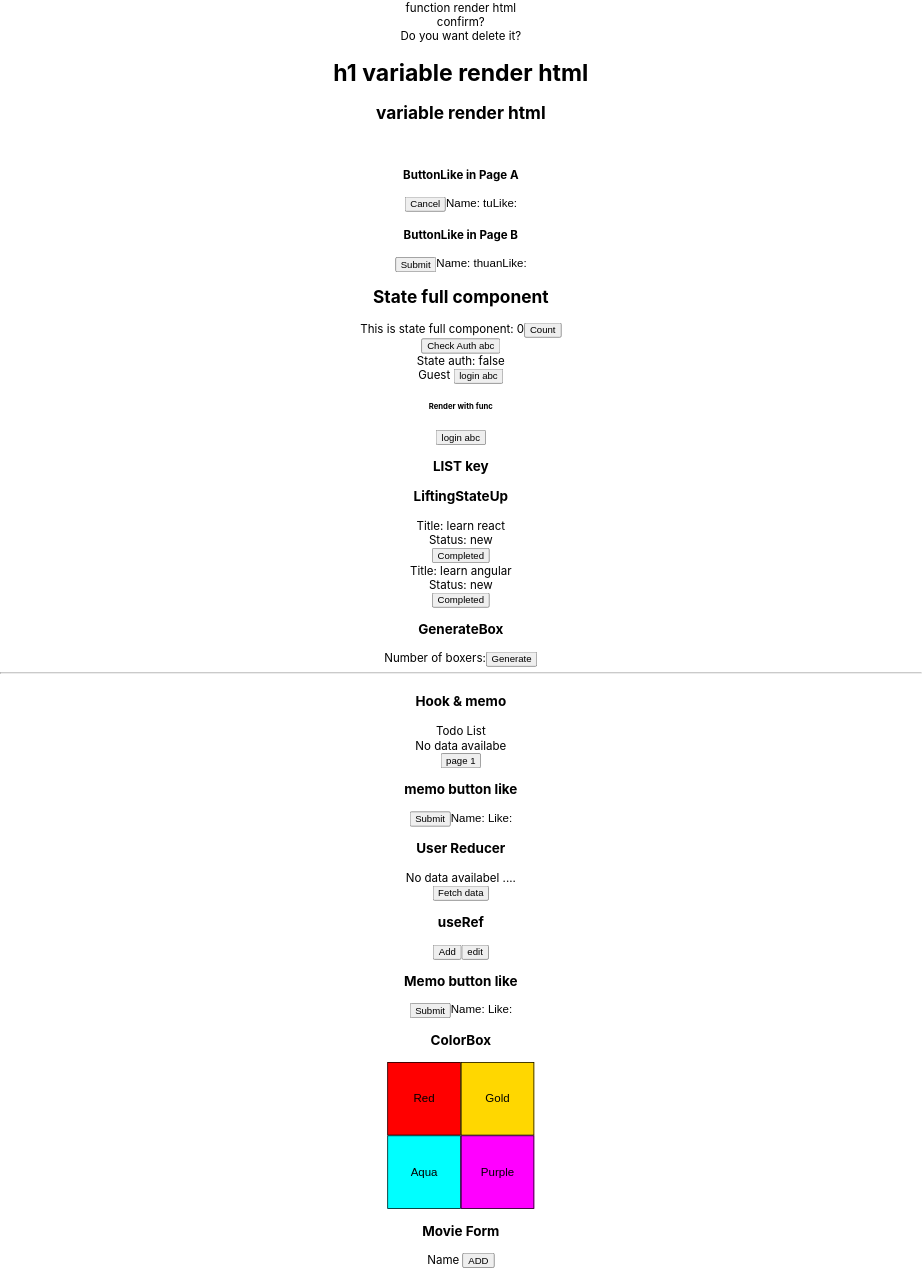
Repository: HoangTu18/reactjs-exercise
Page: /
An editor plug-in stored every save of this project. The page is shown before and after the next save, followed by the edit.
The browser window is 1280 px wide. The pictures show the whole page, at 72% of full size.
The page's requests for data from a server got no answer. The project was rebuilt for these pictures with package versions that can differ from the ones it lists, and the page was loaded fresh each time. No one was signed in, and anything a server would have sent is missing. Also part of the build but not shown: src/pages/StateObject.jsx, src/components/GenerateBox/GenerateBoxItem.jsx.

Above is the page before, as saved 2022-06-15 16:34:29.

After the next save:
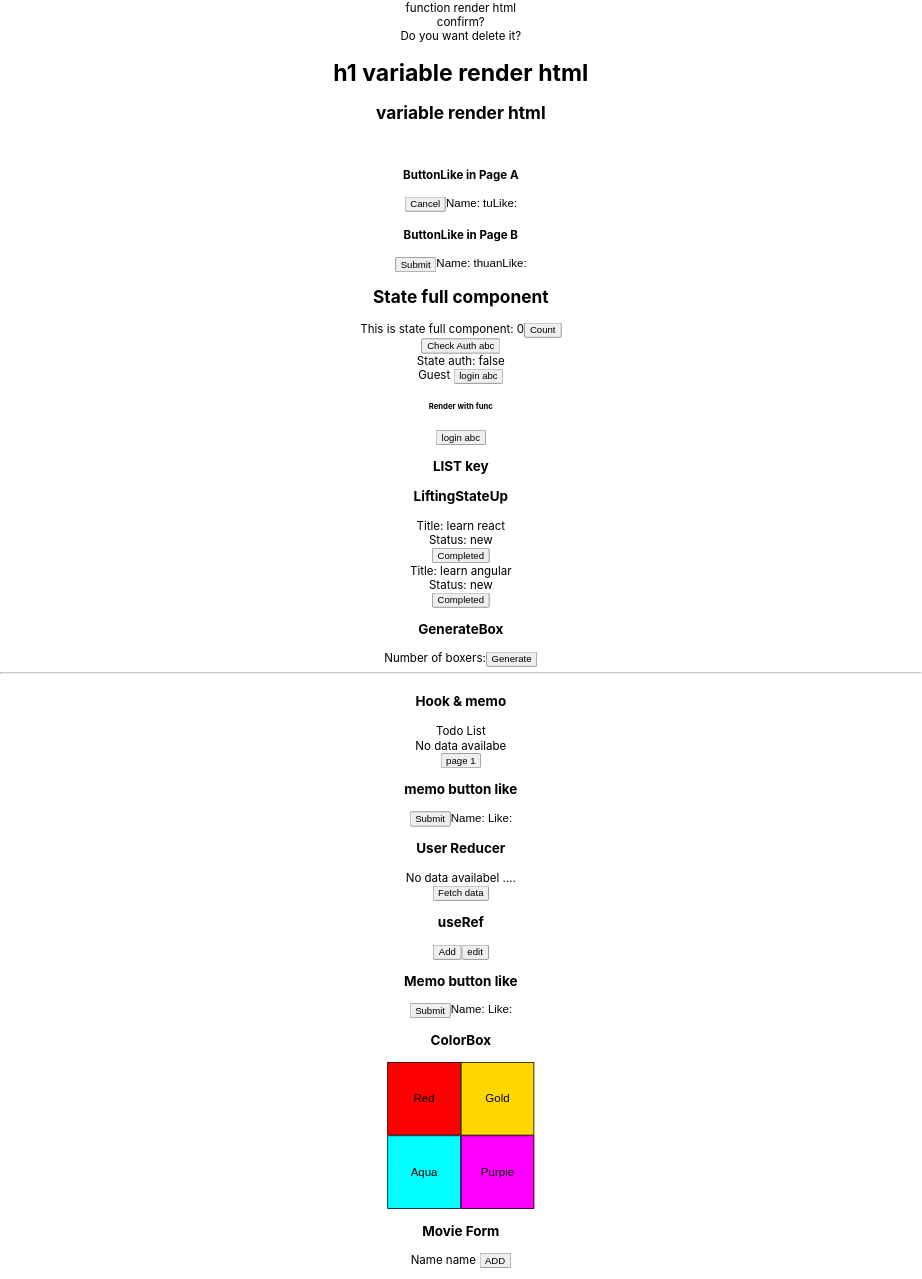
Saved 41 s later.
--- a/src/exercise/MovieFilm/MovieForm.jsx
+++ b/src/exercise/MovieFilm/MovieForm.jsx
@@ -17,6 +17,7 @@
   return (
     <div>
       Name <input type="text" onChange={handleChange} />
+      name <input />
       <button type="button" onClick={createMovie}>
         ADD
       </button>
